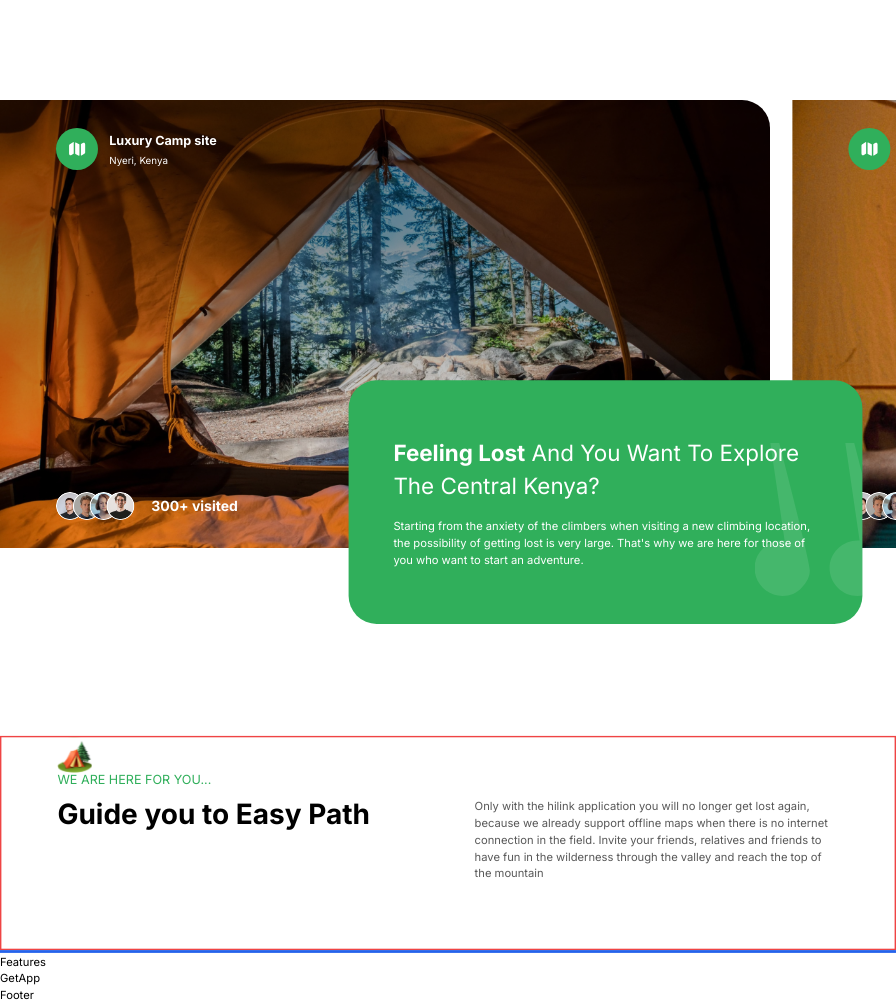
Repository: martin-raphael/travel_agency
Page: /
An editor plug-in stored every save of this project. The page is shown before and after the next save, followed by the edit.
The browser window is 1280 px wide. The pictures show the part of the page from y = 775 to 2695 px (the page is 2209 px tall before and 2695 px after), at 70% of full size.
The project was rebuilt for these pictures with package versions that can differ from the ones it lists, and the page was loaded fresh each time. The framework's server and built-in components were replaced by stand-ins that run in the browser. Also part of the build but not shown: next.config.mjs.

Above is the page before, as saved 2024-08-08 23:56:53.

### app/layout.tsx
import type { Metadata } from "next";
import Navbar from "@/components/Navbar";
import Footer from "@/components/Footer";
import "./globals.css";

export const metadata: Metadata = {
  title: "Travel App",
  description: "Beauty of Nature",
};

export default function RootLayout({
  children,
}: Readonly<{
  children: React.ReactNode;
}>) {
  return (
    <html lang="en">
      <body>
        <Navbar />
        <main className="relative overflow-hidden">{children}</main>
        <Footer />
      </body>
    </html>
  );
}

### components/Navbar.tsx
import { NAV_LINKS } from "@/constants";
import Image from "next/image";
import Link from "next/link";
import React from "react";
import Button from "./Button";

const Navbar = () => {
  return (
    <nav className=" flexBetween max-container padding-container relative z-30 py-3">
      <Link href="/">
        <Image src="/hilink-logo.svg" alt="logo" width={74} height={29} />
      </Link>
      <ul className="hidden h-full gap-12 lg:flex">
        {NAV_LINKS.map((link) => (
          <Link
            href={link.href}
            key={link.key}
            className="regular-16 text-gray-50 flexCenter cursor-pointer pb-1.5 transition-all hover:font-bold"
          >
            {link.label}
          </Link>
        ))}
      </ul>

      <div className=" lg:flexCenter hidden">
        <Button
          type="button"
          title="Get Started"
          icon="/user.svg"
          variant="btn_dark_green"
        />
      </div>
      <Image
        src="menu.svg"
        alt="menu"
        width={32}
        height={32}
        className="inline-block cursor-pointer lg:hidden"
      />
    </nav>
  );
};

export default Navbar;

### components/Camp.tsx
import { PEOPLE_URL } from "@/constants";
import Image from "next/image";
import React from "react";
interface CampProps {
  backgroundImage: string;
  title: string;
  subtitle: string;
  peopleJoined: string;
}

const CampSite = ({
  backgroundImage,
  title,
  subtitle,
  peopleJoined,
}: CampProps) => {
  return (
    <div
      className={`h-full w-full min-w-[1100px] ${backgroundImage}
  bg-cover bg-no-repeat lg:rounded-r-5xl 2xl:rounded-5xl`}
    >
      <div className="flex h-full flex-col items-start justify-between p-6 lg:px-20 lg:py-10">
        <div className="flexCenter gap-4">
          <div className="rounded-full bg-green-50 p-4">
            <Image
            src="/folded-map.svg"
            alt="map"
            width={28}
            height={28} />
          </div>
          <div className="flex flex-col gap-1">
            <h4 className="bold-18 text-white"> {title}</h4>
            <p className="regular-14 text-white"> {subtitle}</p>
          </div>
        </div>

        <div className="flexCenter gap-6 ">
          <span className="flex -space-x-4 overflow-hidden">
            {PEOPLE_URL.map((url) => (
              <Image
              className="inline-block h-10 w-10 rounded-full"
              src={url}
              key={url}
              alt="people"
              width={52}
              height={52} />
            ))}
          </span>
          <p className="bold-16 md:bold-20 text-white"> {peopleJoined}</p>
        </div>
      </div>
    </div>
  );
};

const Camp = () => {
  return (
    <section
      className=" 2xl:max-container relative flex flex-col py-10 lg:mb-10 lg:py-20 xl:mb-20"
    >
      <div
        className="hide-scrollbar flex h-[340px] w-full items-start
      justify-start gap-8 overflow-x-auto lg:h-[400px] xl:h-[640px]"
      >
        <CampSite
          backgroundImage="bg-bg-img-1"
          title="Luxury Camp site"
          subtitle="Nyeri, Kenya"
          peopleJoined="300+ visited"
        />
        <CampSite
         backgroundImage="bg-bg-img-2"
         title="The Ranch Camp site"
         subtitle="Kirinyaga, Kenya"
         peopleJoined="800+ visited" />
      </div>
      <div className="flexEnd mt-10 px-6 lg:-mt-60 lg:mr-6">
          <div className="bg-green-50 p-8 lg:max-w-[500px] xl:max-w-[734px]
          xl:rounded-5xl xl:px-16 xl:py-20 relative w-full overflow-hidden rounded-3xl">
            <h2 className="regular-24 md:regular-32 2xl:regular-64 capitalize text-white">
              <strong>Feeling lost</strong> and you want to explore the Central Kenya?
            </h2>
            <p className="regular-14 xl:regular-16 mt-5 text-white">Starting from the anxiety of the climbers when visiting a new climbing location, the possibility of getting lost is very large.
               That&apos;s why we are here for those of you who want to start an adventure.</p>

               <Image src="/quote.svg" alt="Quote" width={186} height={219} className="camp-quote"/>

          </div>
      </div>
    </section>
  );
};

export default Camp;

### components/Guide.tsx
import Image from "next/image";
import React from "react";

const Guide = () => {
  return (
    <section className="flexCenter flex-col">
      <div className="border-2 border-red-500 padding-container max-container w-full pb-24">
        <Image src="/camp.svg" alt="camp" width={50} height={50} />
        <p className="uppercase regular-18 -mt-1 mb-3 text-green-50">
          We are here for you...
        </p>
        <div className="flex flex-wrap justify-between gap-5 lg:gap-10">
          <h2 className="bold-40 lg:bold-60 xl:mx-w-[390px]">
            Guide you to Easy Path
          </h2>
          <p className="regular-16 text-gray-50 xl:max-w-[520px]">
            Only with the hilink application you will no longer get lost again,
            because we already support offline maps when there is no internet
            connection in the field. Invite your friends, relatives and friends
            to have fun in the wilderness through the valley and reach the top
            of the mountain
          </p>
        </div>
      </div>
      <div className="flexCenter max-container relative w-full border-2 border-blue-600">

      </div>
    </section>
  );
};

export default Guide;

### components/Hero.tsx
import Image from "next/image";
import React from "react";
import Button from "./Button";

const Hero = () => {
  return (
    <section
      className=" max-container padding-container flex
    flex-col gap-20 lg:py-20 py-10 pb-32 md:gap-28 xl:flex-row
    "
    >
      <div className="hero-map" />

      {/* LEFT SIDE-*/}

      <div className="relative z-20 flex flex-1 flex-col xl:w-1/2">
        <Image
          src="/camp.svg"
          alt="camp"
          width={50}
          height={50}
          className="absolute left-[-5px] top-[-30px] w-10 lg:w-[50px]"
        />
        <h1 className="bold-52 lg:bold-88"> Central Kenya Camp Site</h1>
        <p className="regular-16 mt-6 text-gray-30 xl:max-w-[520px]">
          We want to be on each of your journeys seeking the satisfaction of
          seeing the incorruptible beauty of nature. We can help you on an
          adventure around the world in just one app
        </p>

        <div className="my-11 flex flex-wrap gap-5">
          <div className="flex items-center gap-2">
            {Array(5)
              .fill(1)
              .map((_, index) => (
                <Image
                  src="/star.svg"
                  alt="Ratings"
                  key={index}
                  width={24}
                  height={24}
                />
              ))}
          </div>
          <p className="bold-16 lg:bold-20 text-blue-70">
            200K
            <span className="regular-16 lg:regular-20 ml-1 underline">
              Excellent Reviews
            </span>
          </p>
        </div>
        <div className="flex flex-col w-full gap-3 sm:flex-row">
          <Button type="button" title="Download App" variant="btn_green" />

          <Button
            type="button"
            title="How we work? "
            icon="/play.svg"
            variant="btn_white"
          />
        </div>
      </div>

      <div className="relative flex flex-1 items-start">
        <div className="relative z-20  w-[268px] flex flex-col gap-8 rounded-3xl bg-green-90 px-7 py-8">
          <div className="flex flex-col">
            <div className="flexBetween">
              <p className="regular-16 text-gray-20">Location</p>
              <Image src="/close.svg" alt="close" width={24} height={24} />
            </div>
            <p className="bold-20 text-white"> Nyeri Region</p>
          </div>
            <div className="flexBetween">
              <div className="flex flex-col">
                <p className="regular-16 block text-gray-20">Distance</p>
                <p className="bold-20 text-white"> 4,420 mi</p>
              </div>
              <div className="flex flex-col">
                <p className="regular-16 block text-gray-20">Elavation</p>
                <p className="bold-20 text-white"> 2.040 km</p>
              </div>
            </div>
          </div>
        </div>

    </section>
  );
};

export default Hero;

### components/Button.tsx
import Image from "next/image";

type ButtonProps = {
  type: "button" | "submit";
  title: string;
  icon?: string;
  variant?: string;
  full?:boolean;
};

const Button = ({ type, title, icon, variant, full }: ButtonProps) => {
  return (
    <button
      className={`flexCenter gap-4 rounded-full border ${variant} ${full && 'w-full'}`}
      type={type}
    >
      {icon && <Image src={icon} alt={title} width={24} height={24} />}
      <label className=" bold-16 whitespace-nowrap cursor-pointer">{title}</label>
    </button>
  );
};

export default Button;

Loaded but not shown: app/page.tsx (common file); components/Footer.tsx (common file); app/globals.css (common file); components/Features.tsx (common file); components/GetApp.tsx (common file); constants/index.ts (common file); tailwind.config.ts (common file)

After the next save:
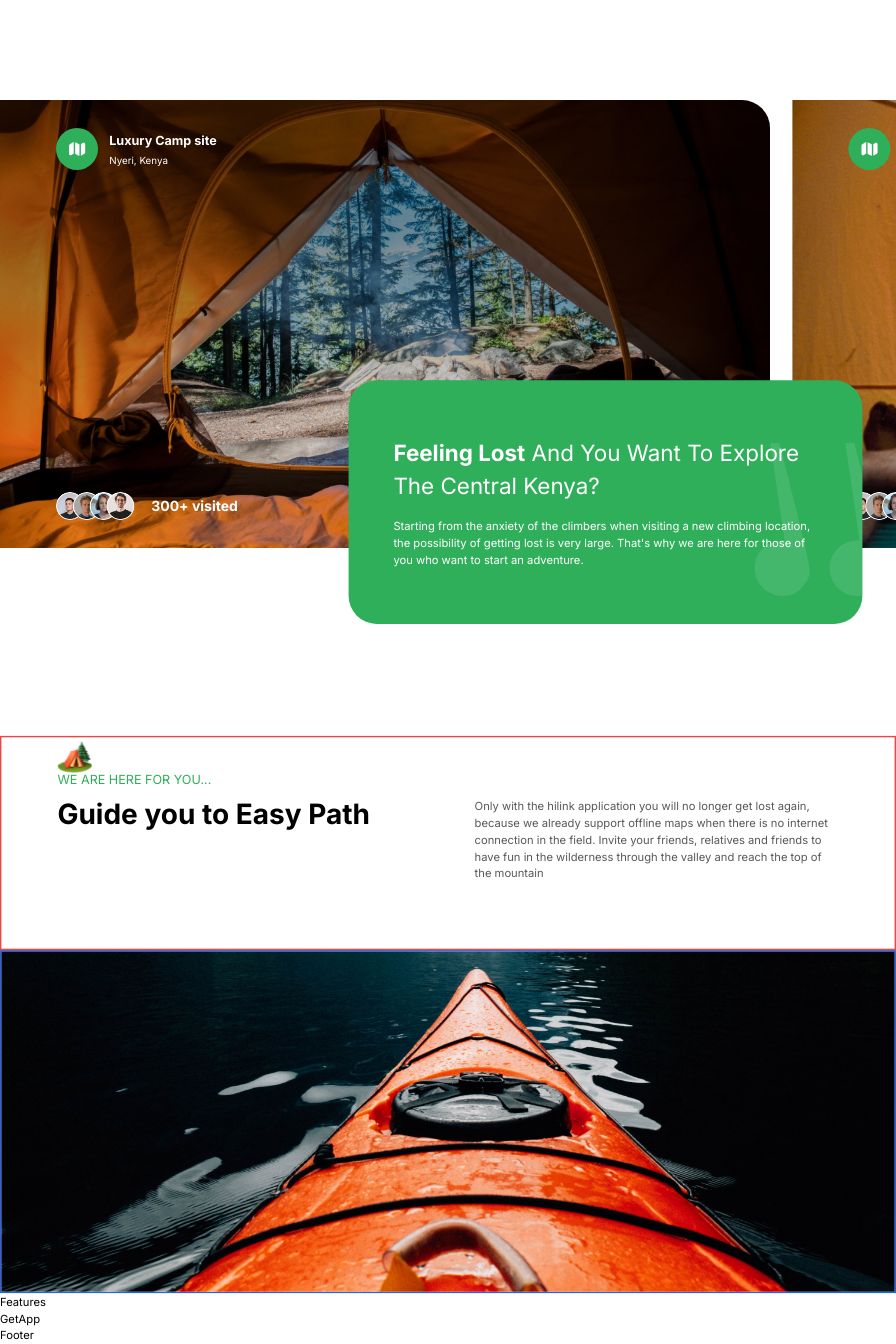
Saved 116 s later.
--- a/components/Guide.tsx
+++ b/components/Guide.tsx
@@ -23,7 +23,11 @@ const Guide = () => {
         </div>
       </div>
       <div className="flexCenter max-container relative w-full border-2 border-blue-600">
-
+        <Image
+        src="/boat.png"
+        alt="boat"
+        width={1440}
+        height={580}/>
       </div>
     </section>
   );
